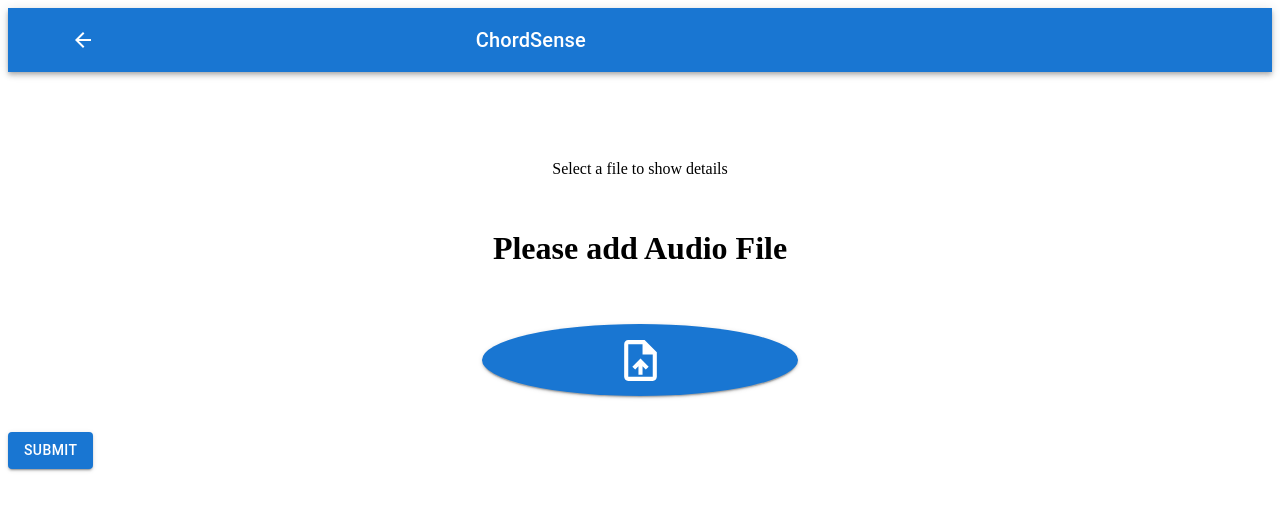
Repository: shamu332/ChordSense
Page: / (app in ui/)
The author's editor kept a copy of each file at every save. The page is drawn from the files as they stood at one save, then again after the next save.
The browser window is 1280 px wide. The pictures show the whole page.
The project was rebuilt for these pictures with package versions that can differ from the ones it lists, and the page was loaded fresh each time. Also part of the build but not shown: ui/src/pages/Results.js.

Above is the page before, as saved 2023-03-11 15:21:19.

### ui/src/index.js

import React from "react";
import ReactDOM from "react-dom";
import { BrowserRouter as Router, Routes, Route } from "react-router-dom";
import Results from "./pages/Results";
import Landing from "./pages/Landing";

ReactDOM.render(
  <>
    <Router>
      <Routes>
        <Route path="/" element={<Landing />} />
        <Route path="/results" element={<Results />} />
      </Routes>
    </Router>
  </>,
  document.getElementById("root")
);

### ui/src/pages/Landing.js
import React, { useState, ChangeEvent } from "react";
import Header from "../Header";
import CircularProgress from "@mui/material/CircularProgress";
import UploadFileIcon from '@mui/icons-material/UploadFile';
import Button from '@mui/material/Button';
import { useNavigate } from "react-router-dom";

function Scanner() {
  const [loader, setLoader] = useState(false);
  const [selectedFile, setSelectedFile] = useState();
  const [isFilePicked, setIsFilePicked] = useState(false);
  let navigate = useNavigate();

  function toggleLoader() {
    setLoader(!loader);
  }


const changeHandler = (event) => {
	setSelectedFile(event.target.files[0]);
	setIsFilePicked(true);
};

const handleSubmission = () => {
};


  return (
    <>
      <Header />
      <div
        style={{
          display: "flex",
          justifyContent: "center",
          alignItems: "flex-end",
          height: "30vh",
        }}
      >
        <h1>
            Please add Audio File
        </h1>
      </div>
      {loader ? (
        <div
          style={{
            display: "flex",
            justifyContent: "center",
            alignItems: "center",
            height: "30vh",
          }}
        >
          <CircularProgress />
        </div>
      ) : (
        <>
          <div
            style={{
              display: "flex",
              justifyContent: "center",
              alignItems: "center",
              height:"20vh",
            }}
          >
            <Button
             type="file" name="file"
             onChange={changeHandler}
             variant="contained"
             style={{
                 width: '25%',
                 height: '50%',
                 borderRadius: '50%'}}>
                <UploadFileIcon
                style={{
                    fontSize: "350%"
                }}></UploadFileIcon>
                </Button>
                {isFilePicked ? (
                    <div>
                        <p>Filename: {selectedFile.name}</p>
                        <p>Filetype: {selectedFile.type}</p>
                        <p>Size in bytes: {selectedFile.size}</p>
                        <p>
                            lastModifiedDate:{' '}
                            {selectedFile.lastModifiedDate.toLocaleDateString()}
                        </p>
                    </div>
                ) : (
                    <p style ={{
                        position:'absolute',
                        top: '20%'
                    }}>Select a file to show details</p>
                )}
          </div>
          <div
            style={{
              display: "flex",
            }}
          >
            <Button
              onClick={handleSubmission}
              variant="contained"
            >
              Submit
            </Button>
          </div>
        </>
      )}
    </>
  );
}

export default Scanner;

### ui/src/Header.js
import * as React from "react";
import AppBar from "@mui/material/AppBar";
import Box from "@mui/material/Box";
import Toolbar from "@mui/material/Toolbar";
import Typography from "@mui/material/Typography";
import IconButton from "@mui/material/IconButton";
import ArrowBackIcon from "@mui/icons-material/ArrowBack";
import { useNavigate } from "react-router-dom";

export default function Header() {
  const navigate = useNavigate();
  return (
    <Box sx={{ flexGrow: 1 }}>
      <AppBar position="static">
        <Toolbar>
          <IconButton
            size="large"
            edge="start"
            color="inherit"
            aria-label="menu"
            sx={{ mr: 2 }}
          ></IconButton>
          <ArrowBackIcon
            onClick={() => navigate(-1)}
            sx={{ position: "absolute", left: "5%" }}
          />
          <Typography
            variant="h6"
            component="div"
            sx={{ flexGrow: 1, position: "absolute", left: "37%" }}
          >
            ChordSense
          </Typography>
        </Toolbar>
      </AppBar>
    </Box>
  );
}

Loaded but not shown: ui/public/index.html (common file)

After the next save:
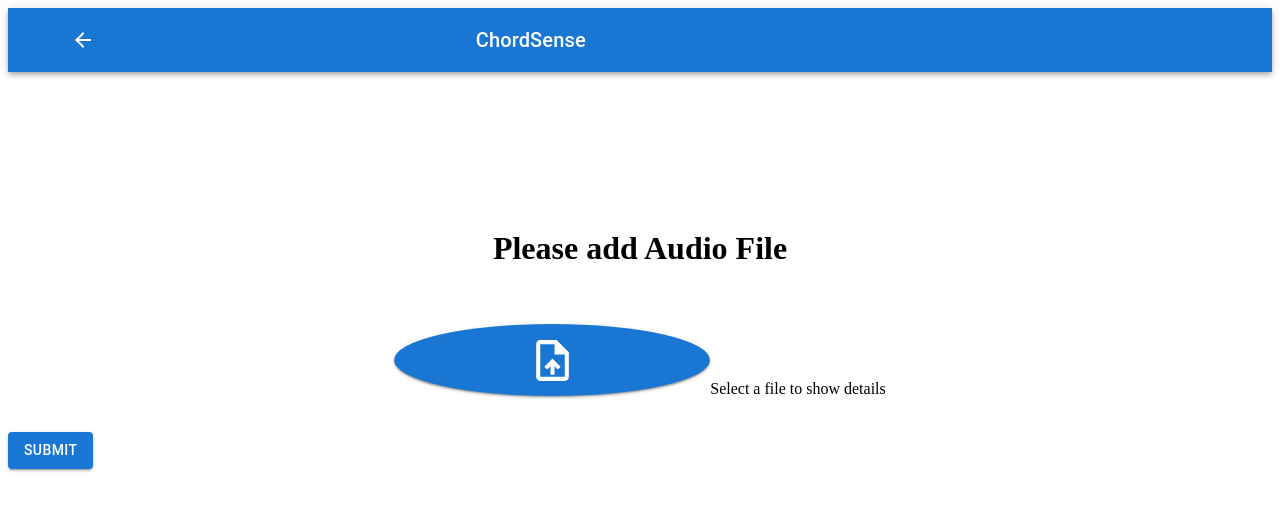
Saved 13 s later.
--- a/ui/src/pages/Landing.js
+++ b/ui/src/pages/Landing.js
@@ -86,7 +86,7 @@ const handleSubmission = () => {
                     </div>
                 ) : (
                     <p style ={{
-                        position:'absolute',
+                        position:'relative',
                         top: '20%'
                     }}>Select a file to show details</p>
                 )}
